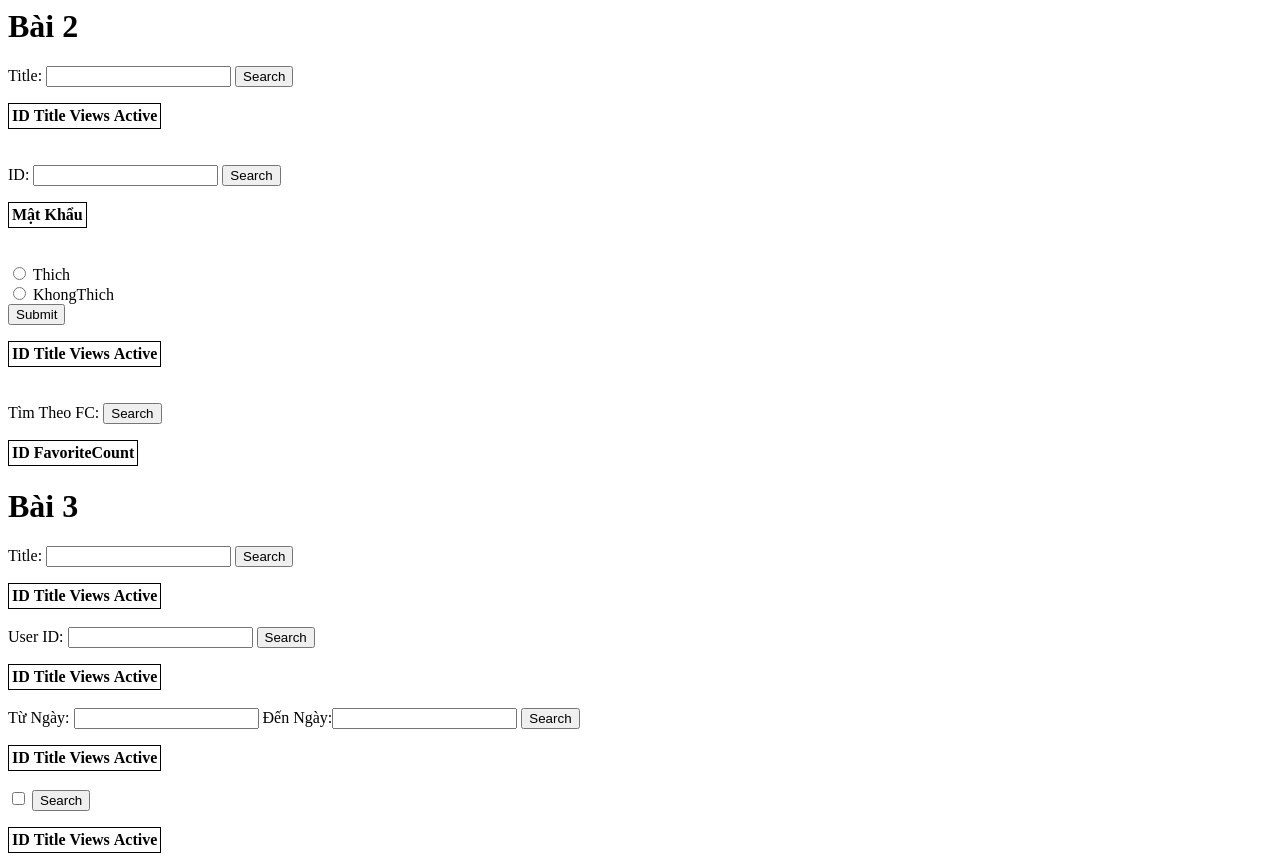
Repository: Hacorbie/Java-Servlet
Page: http://localhost/ASM_JV4/views/NewFile.jsp
An editor plug-in stored every save of this project. The page is shown before and after the next save, followed by the edit.
The browser window is 1280 px wide. The pictures show the whole page.
The page is served by Tomcat 9. Other server files are loaded and not shown. The template is opened directly, without the code that normally fills it, so the values that code supplies are empty.

Above is the page before, as saved 2023-04-05 08:34:25.

### ASM_JV4/src/main/webapp/views/NewFile.jsp
<%@ taglib uri="http://java.sun.com/jsp/jstl/core" prefix="c"%>
<%@ page language="java" contentType="text/html; charset=UTF-8"
	pageEncoding="UTF-8"%>
<html>
<meta charset="UTF-8">
<head>
<title>Search Videos</title>
</head>
<body>
	<h1>Bài 2</h1>
	<c:url var =  "url" value ="/Lab6"></c:url>
	<form action="${url}/SearchVid" method="POST">
		<label>Title:</label> <input type="text" name="searchvid">
		<button type="submit">Search</button>
	</form>
	<table style="border: 1px solid black">
		<thead>
			<tr>
				<th>ID</th>
				<th>Title</th>
				<th>Views</th>
				<th>Active</th>
			</tr>
		</thead>
		<tbody>
			<c:forEach items="${videos}" var="video">
				<tr>
					<td>${video.id}</td>
					<td>${video.title}</td>
					<td>${video.views}</td>
					<td>${video.active}</td>
				</tr>
			</c:forEach>
		</tbody>
	</table>
	<br>
	<br>
	<form action="${url}/SearchUser" method="POST">
		<label>ID:</label> <input type="text" name="searchUserByVid">
		<button type="submit">Search</button>

	</form>
	<table style="border: 1px solid black">
			<thead>
				<tr>
					<th>Mật Khẩu</th>

				</tr>
			</thead>
			<tbody>
				<c:forEach items="${users}" var="user">
					<tr>
						<td>${user.password}</td>
					</tr>
				</c:forEach>
			</tbody>
		</table>
		<br> <br>
	<form action="${url}/SearchVidByF" method="POST">
		<input type="radio" name ="thichh" value = "yes" >
			<label> Thich</label><br>
			<input type="radio" name ="thichh" value = "no">
			<label> KhongThich</label><br>
				<input type="submit" />
	</form>
			<table style="border: 1px solid black">
			<thead>
				<tr>
					<th>ID</th>
					<th>Title</th>
					<th>Views</th>
					<th>Active</th>

				</tr>
			</thead>
			<tbody>
				<c:forEach items="${videofs}" var="videof">
					<tr>
						<td>${videof.id}</td>
						<td>${videof.title}</td>
						<td>${videof.views}</td>
						<td>${videof.active}</td>
					</tr>
				</c:forEach>
			</tbody>
		</table>
		<br> <br>
	<form action="${url}/SearchVidByCount" method="POST">
	<label>Tìm Theo FC:</label>
		<button type="submit">Search</button>
	</form>

			<table style="border: 1px solid black">
			<thead>
				<tr>
					<th>ID</th>
					<th>FavoriteCount</th>

				</tr>
			</thead>
			<tbody>
				<c:forEach items="${rps}" var="rp">
					<tr>
						<td>${rp.groupp}</td>
					<td>${rp.likes}</td>
					</tr>
				</c:forEach>
			</tbody>
		</table>
		<h1>Bài 3</h1>
		<form action="${url}/SearchVid" method="POST">
		<label>Title:</label> <input type="text" name="searchvid">
		<button type="submit">Search</button>
	</form>
	<table style="border: 1px solid black">
		<thead>
			<tr>
				<th>ID</th>
				<th>Title</th>
				<th>Views</th>
				<th>Active</th>
			</tr>
		</thead>
		<tbody>
			<c:forEach items="${videoss}" var="videosss">
				<tr>
					<td>${videosss.id}</td>
					<td>${videosss.title}</td>
					<td>${videosss.views}</td>
					<td>${videosss.active}</td>
				</tr>
			</c:forEach>
		</tbody>
	</table>
	<br>
	<form action="${url}/SearchVidByU" method="POST">
		<label>User ID:</label> <input type="text" name="searchvivi">
		<button type="submit">Search</button>
	</form>
	<table style="border: 1px solid black">
		<thead>
			<tr>
				<th>ID</th>
				<th>Title</th>
				<th>Views</th>
				<th>Active</th>
			</tr>
		</thead>
		<tbody>
			<c:forEach items="${vivis}" var="vivi">
				<tr>
					<td>${vivi.id}</td>
					<td>${vivi.title}</td>
					<td>${vivi.views}</td>
					<td>${vivi.active}</td>
				</tr>
			</c:forEach>
		</tbody>
	</table>
	<br>
	<form action="${url}/SearchVidByM" method="POST">
		<label>Từ Ngày:</label> <input type="text" name="searchvimf"> <label>Đến Ngày:</label><input type="text" name="searchvimt">
		<button type="submit">Search</button>
	</form>
	<table style="border: 1px solid black">
		<thead>
			<tr>
				<th>ID</th>
				<th>Title</th>
				<th>Views</th>
				<th>Active</th>
			</tr>
		</thead>
		<tbody>
			<c:forEach items="${vivims}" var="vivim">
				<tr>
					<td>${vivim.id}</td>
					<td>${vivim.title}</td>
					<td>${vivim.views}</td>
					<td>${vivim.active}</td>
				</tr>
			</c:forEach>
		</tbody>
	</table>
	<br>
	<form action="${url}/SearchVidByIM" method="POST">
		<input type="checkbox" name ="month" value = "1" >
		<button type="submit">Search</button>
	</form>
	<table style="border: 1px solid black">
		<thead>
			<tr>
				<th>ID</th>
				<th>Title</th>
				<th>Views</th>
				<th>Active</th>
			</tr>
		</thead>
		<tbody>
			<c:forEach items="${vivims}" var="vivim">
				<tr>
					<td>${vivim.id}</td>
					<td>${vivim.title}</td>
					<td>${vivim.views}</td>
					<td>${vivim.active}</td>
				</tr>
			</c:forEach>
		</tbody>
	</table>
</body>
</html>

After the next save:
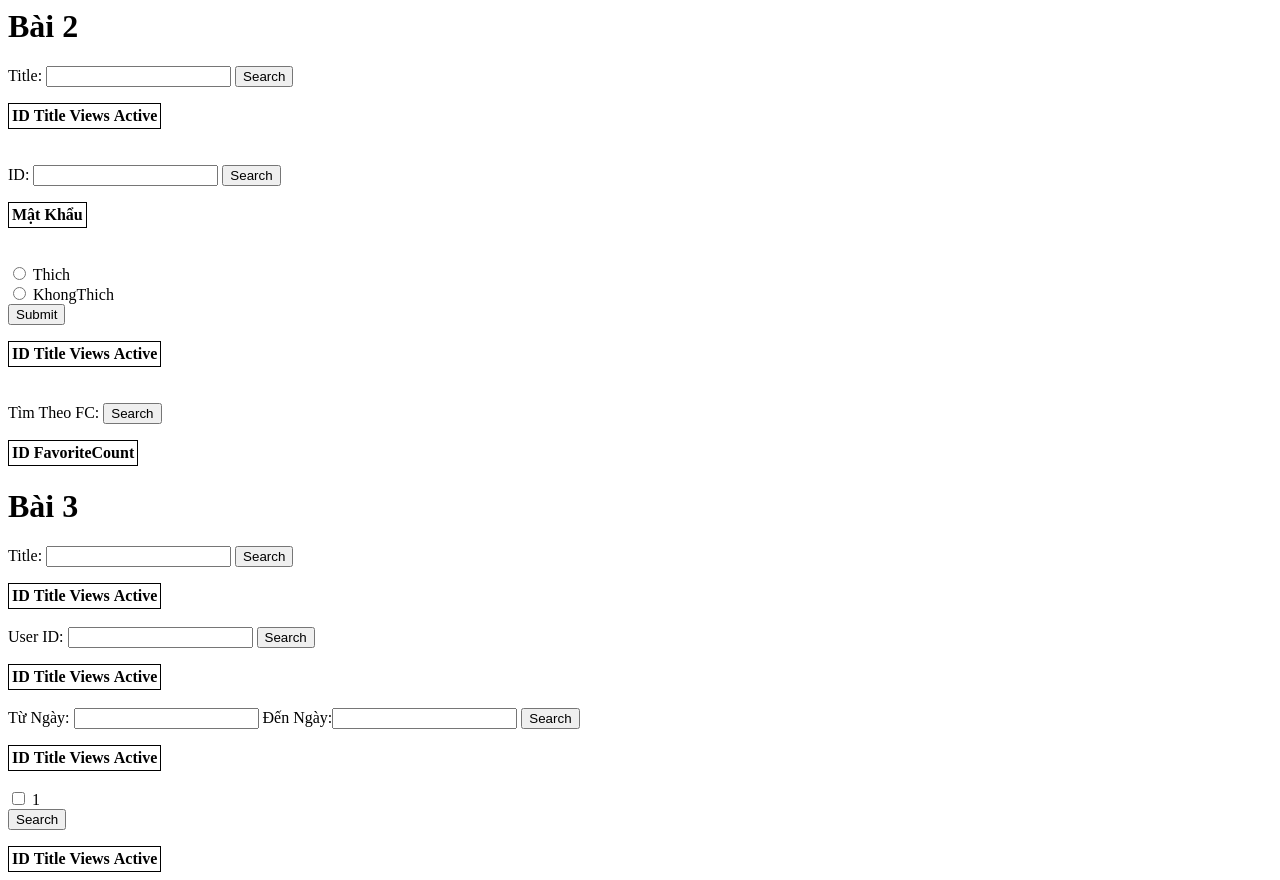
Saved 53 s later.
--- a/ASM_JV4/src/main/webapp/views/NewFile.jsp
+++ b/ASM_JV4/src/main/webapp/views/NewFile.jsp
@@ -185,6 +185,7 @@
 	<br>
 	<form action="${url}/SearchVidByIM" method="POST">
 		<input type="checkbox" name ="month" value = "1" >
+		<label> 1</label><br>
 		<button type="submit">Search</button>
 	</form>
 	<table style="border: 1px solid black">
